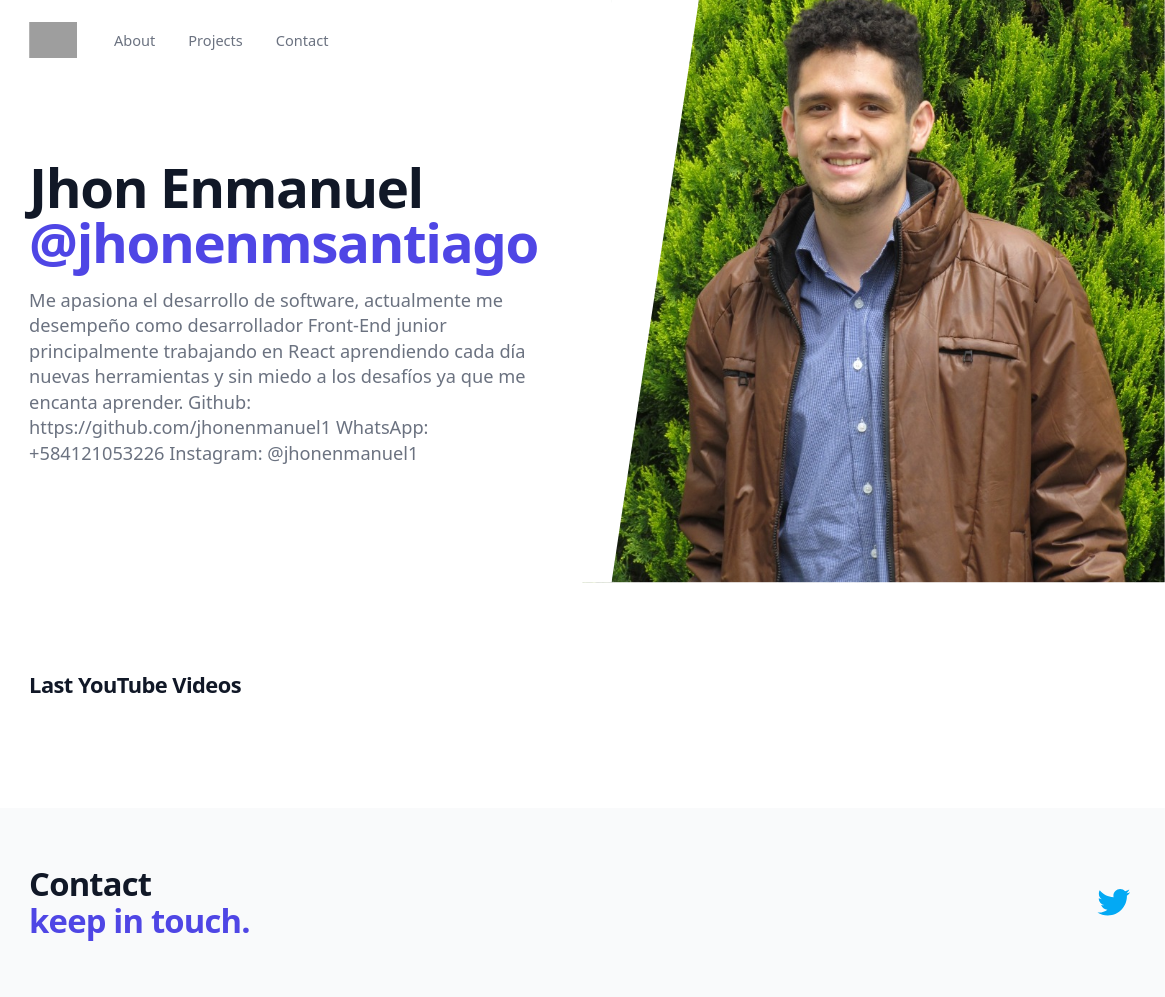
Repository: jhonenmanuel1/async-landing-jhon
Page: src/index.html
An editor plug-in stored every save of this project. The page is shown before and after the next save, followed by the edit.
The browser window is 1280 px wide. The pictures show the whole page, at 91% of full size.
Pictures or frames that could not be fetched are drawn as grey boxes. The page's requests for data from a server got no answer. Some web libraries are served in a nearby version.

Above is the page before, as saved 2022-07-28 17:19:27.

### src/index.html
<!DOCTYPE html>
<html>
  <head>
    <meta charset="UTF-8" />
    <meta name="viewport" content="width=device-width, initial-scale=1.0" />
    <script src="https://cdn.tailwindcss.com"></script>
    <script  defer src="./assets/main.js"></script>
  </head>

  <body>
    <div class="relative bg-white overflow-hidden">
      <div class="max-w-7xl mx-auto">
        <div
          class="relative z-10 pb-8 bg-white sm:pb-16 md:pb-20 lg:max-w-2xl lg:w-full lg:pb-28 xl:pb-32"
        >
          <svg
            class="hidden lg:block absolute right-0 inset-y-0 h-full w-48 text-white transform translate-x-1/2"
            fill="currentColor"
            viewBox="0 0 100 100"
            preserveAspectRatio="none"
            aria-hidden="true"
          >
            <polygon points="50,0 100,0 50,100 0,100" />
          </svg>
          <div>
            <div class="relative pt-6 px-4 sm:px-6 lg:px-8">
              <nav
                class="relative flex items-center justify-between sm:h-10 lg:justify-start"
                aria-label="Global"
              >
                <div
                  class="flex items-center flex-grow flex-shrink-0 lg:flex-grow-0"
                >
                  <div
                    class="flex items-center justify-between w-full md:w-auto"
                  >
                    <a href="#">
                      <span class="sr-only">Title</span>
                      <img
                        class="h-8 w-auto sm:h-10"
                        src="https://tailwindui.com/img/logos/workflow-mark-indigo-600.svg"
                      />
                    </a>
                  </div>
                </div>
                <div class="hidden md:block md:ml-10 md:pr-4 md:space-x-8">
                  <a
                    href="#"
                    class="font-medium text-gray-500 hover:text-gray-900"
                    >About</a
                  >
                  <a
                    href="#"
                    class="font-medium text-gray-500 hover:text-gray-900"
                    >Projects</a
                  >
                  <a
                    href="#"
                    class="font-medium text-gray-500 hover:text-gray-900"
                    >Contact</a
                  >
                </div>
              </nav>
            </div>
          </div>

          <main
            class="mt-10 mx-auto max-w-7xl px-4 sm:mt-12 sm:px-6 md:mt-16 lg:mt-20 lg:px-8 xl:mt-28"
          >
            <div class="sm:text-center lg:text-left">
              <h1
                class="text-4xl tracking-tight font-extrabold text-gray-900 sm:text-5xl md:text-6xl"
              >
                <span class="block xl:inline">Jhon Enmanuel</span>
                <span class="block text-indigo-600 xl:inline"
                  >@jhonenmsantiago</span
                >
              </h1>
              <p
                class="mt-3 text-base text-gray-500 sm:mt-5 sm:text-lg sm:max-w-xl sm:mx-auto md:mt-5 md:text-xl lg:mx-0"
              >
                Me apasiona el desarrollo de software, actualmente me desempeño
                como desarrollador Front-End junior principalmente trabajando en
                React aprendiendo cada día nuevas herramientas y sin miedo a los
                desafíos ya que me encanta aprender. Github:
                https://github.com/jhonenmanuel1 WhatsApp: +584121053226
                Instagram: @jhonenmanuel1
              </p>
            </div>
          </main>
        </div>
      </div>
      <div class="lg:absolute lg:inset-y-0 lg:right-0 lg:w-1/2">
        <img
          class="h-56 w-full object-cover sm:h-72 md:h-96 lg:w-full lg:h-full"
          src="/32ff7550-1079-4891-b2f7-838a9fe2ef71.jpg"
          alt=""
        />
      </div>
    </div>
    <div class="bg-white">
      <div
        class="max-w-2xl mx-auto py-16 px-4 sm:py-24 sm:px-6 lg:max-w-7xl lg:px-8"
      >
        <h2 class="text-2xl font-extrabold tracking-tight text-gray-900">
          Last YouTube Videos
        </h2>
        <div
          class="mt-6 grid grid-cols-1 gap-y-10 gap-x-6 sm:grid-cols-2 lg:grid-cols-4 xl:gap-x-8"
          id="content"
        >
          <!-- content -->
        </div>
      </div>
    </div>
    <div class="bg-gray-50">
      <div
        class="max-w-7xl mx-auto py-12 px-4 sm:px-6 lg:py-16 lg:px-8 lg:flex lg:items-center lg:justify-between"
      >
        <h2
          class="text-3xl font-extrabold tracking-tight text-gray-900 sm:text-4xl"
        >
          <span class="block">Contact</span>
          <span class="block text-indigo-600">keep in touch.</span>
        </h2>
        <div class="mt-8 flex lg:mt-0 lg:flex-shrink-0">
          <a href="https://twitter.com/jhonenmsantiago">
            <svg
              xmlns="http://www.w3.org/2000/svg"
              x="0px"
              y="0px"
              width="48"
              height="48"
              viewBox="0 0 48 48"
              style="fill: #000000"
            >
              <path
                fill="#03A9F4"
                d="M42,12.429c-1.323,0.586-2.746,0.977-4.247,1.162c1.526-0.906,2.7-2.351,3.251-4.058c-1.428,0.837-3.01,1.452-4.693,1.776C34.967,9.884,33.05,9,30.926,9c-4.08,0-7.387,3.278-7.387,7.32c0,0.572,0.067,1.129,0.193,1.67c-6.138-0.308-11.582-3.226-15.224-7.654c-0.64,1.082-1,2.349-1,3.686c0,2.541,1.301,4.778,3.285,6.096c-1.211-0.037-2.351-0.374-3.349-0.914c0,0.022,0,0.055,0,0.086c0,3.551,2.547,6.508,5.923,7.181c-0.617,0.169-1.269,0.263-1.941,0.263c-0.477,0-0.942-0.054-1.392-0.135c0.94,2.902,3.667,5.023,6.898,5.086c-2.528,1.96-5.712,3.134-9.174,3.134c-0.598,0-1.183-0.034-1.761-0.104C9.268,36.786,13.152,38,17.321,38c13.585,0,21.017-11.156,21.017-20.834c0-0.317-0.01-0.633-0.025-0.945C39.763,15.197,41.013,13.905,42,12.429"
              ></path>
            </svg>
          </a>
        </div>
      </div>
    </div>
  </body>
</html>

### src/assets/main.js
const API='https://youtube-v31.p.rapidapi.com/search?channelId=UCw05fUBPwmpu-ehXFMqfdMw&part=snippet%2Cid&order=date&maxResults=9'
const content = null || document.getElementById("content");
const options = {
  method: "GET",
  headers: {
    "X-RapidAPI-Host": "youtube-v31.p.rapidapi.com",
    "X-RapidAPI-Key": "c68edbdba9mshc3cb6eb8038f3b2p1f444ajsna5de19fe1256",
  },
};
async function fetchData(urlApi) {
  const response = await fetch(urlApi, options);
  const data = await response.json();
  return data;
}

async function fetchData(urlAPI) {
  const response = await fetch(API, options);
  const data = await response.json();
  return data;
}

(async () => {
  try {
    const videos = await fetchData(API);
    let view = `
    ${videos.items
      .map(
        (video) => `
      <div class="group relative">
        <div
          class="w-full bg-gray-200 aspect-w-1 aspect-h-1 rounded-md overflow-hidden group-hover:opacity-75 lg:aspect-none">
          <img src="${video.snippet.thumbnails.high.url}" alt="${video.snippet.description}" class="w-full">
        </div>
        <div class="mt-4 flex justify-between">
          <h3 class="text-sm text-gray-700">
            <span aria-hidden="true" class="absolute inset-0"></span>
            ${video.snippet.title}
          </h3>
        </div>
      </div>
    `
      )
      .slice(0, 4)
      .join("")}
    `;
    content.innerHTML = view;
  } catch (error) {
    console.log(error);
  }
})();

After the next save:
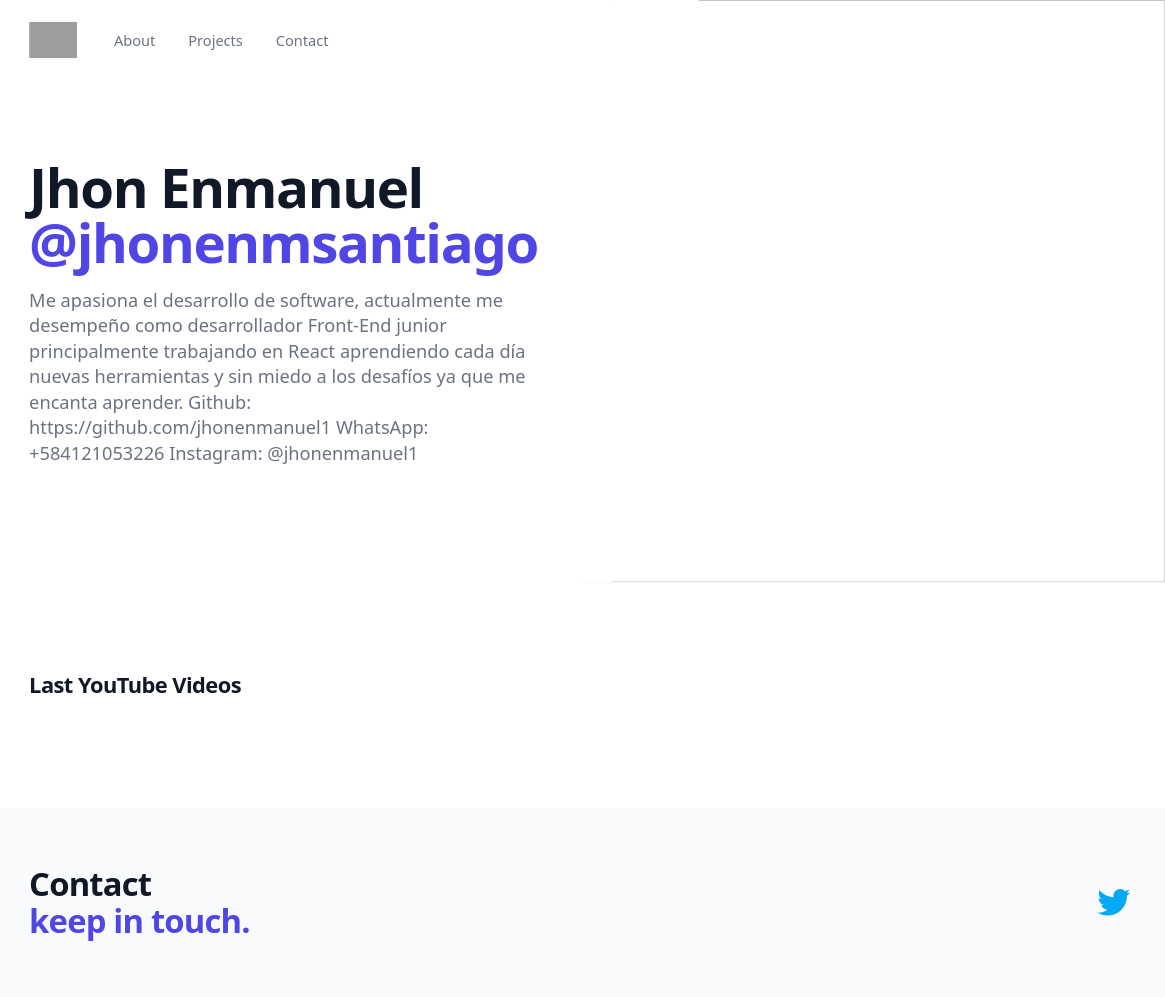
Not found: src/32ff7550-1079-4891-b2f7-838a9fe2ef71.jpg
Saved 13 min 43 s later.
--- a/src/index.html
+++ b/src/index.html
@@ -93,7 +93,7 @@
       <div class="lg:absolute lg:inset-y-0 lg:right-0 lg:w-1/2">
         <img
           class="h-56 w-full object-cover sm:h-72 md:h-96 lg:w-full lg:h-full"
-          src="/32ff7550-1079-4891-b2f7-838a9fe2ef71.jpg"
+          src="32ff7550-1079-4891-b2f7-838a9fe2ef71.jpg"
           alt=""
         />
       </div>

After the save that followed:
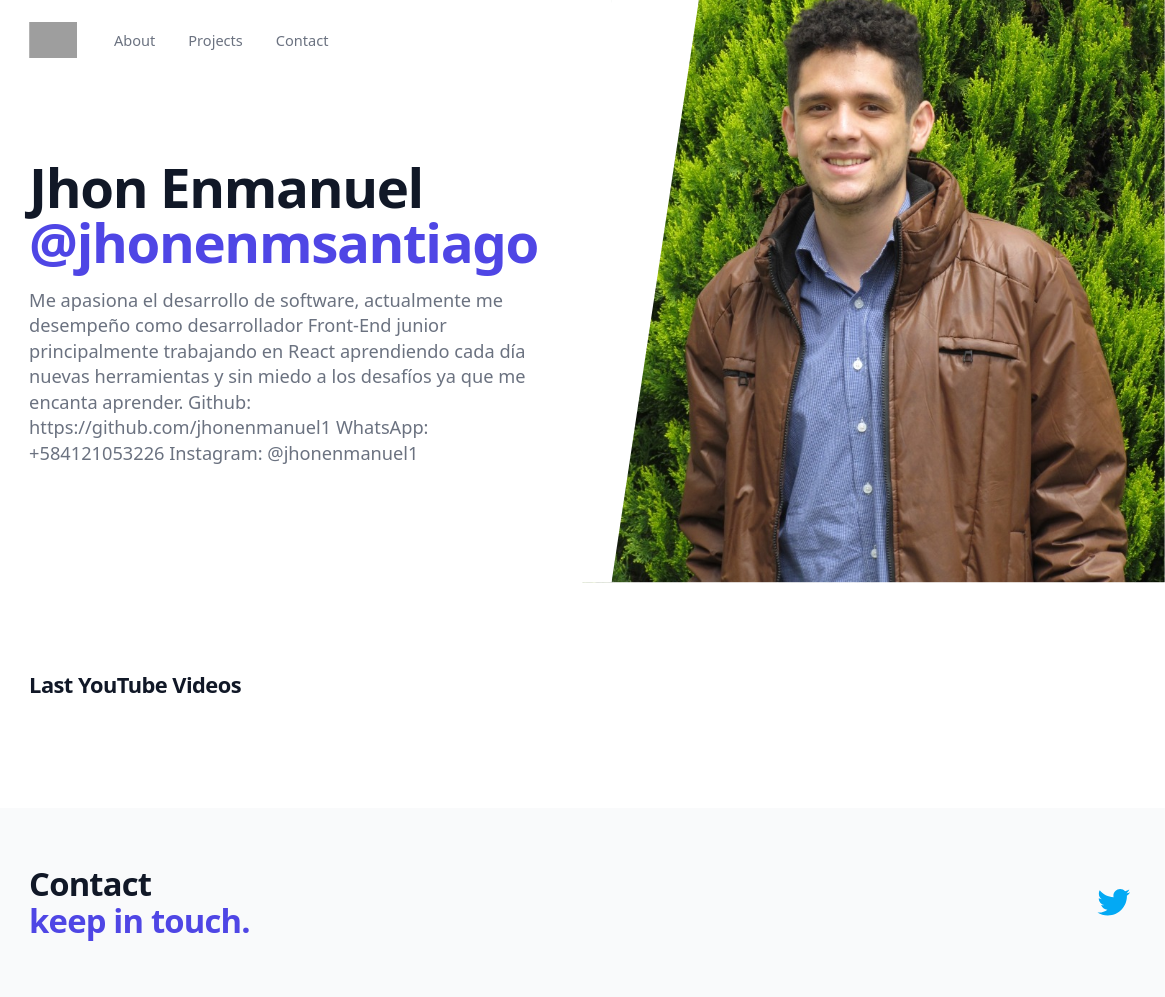
Saved 6 s later.
--- a/src/index.html
+++ b/src/index.html
@@ -93,7 +93,7 @@
       <div class="lg:absolute lg:inset-y-0 lg:right-0 lg:w-1/2">
         <img
           class="h-56 w-full object-cover sm:h-72 md:h-96 lg:w-full lg:h-full"
-          src="32ff7550-1079-4891-b2f7-838a9fe2ef71.jpg"
+          src="/32ff7550-1079-4891-b2f7-838a9fe2ef71.jpg"
           alt=""
         />
       </div>
